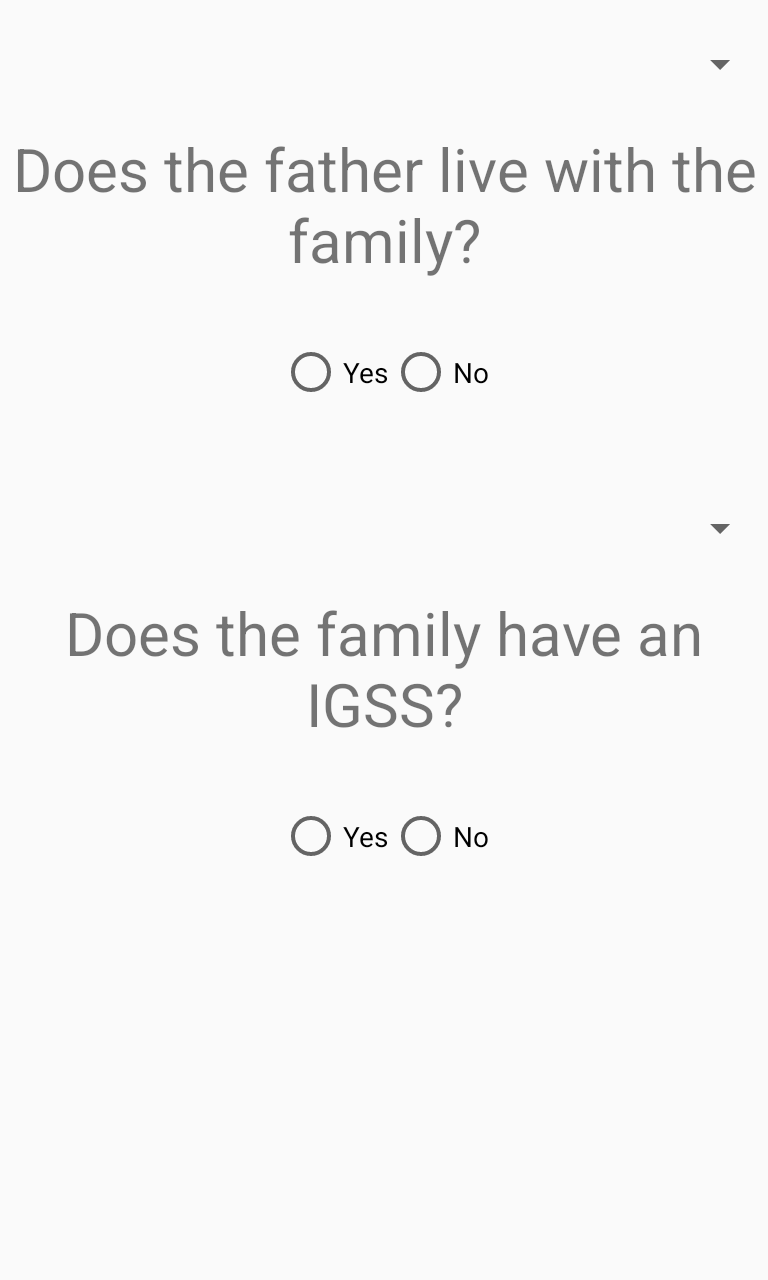
Repository: achavez812/GuatemalaProject2
Layout: GuateMedic-master/GuateMedic/res/layout/fragment_add_new_family_visit1.xml
An editor plug-in stored every save of this project. The layout is shown before and after the next save, followed by the edit.
It is drawn on a 768 x 1280 px phone screen (xhdpi) without system bars, with theme AppTheme; the app's code is not run.

Above is the layout before, as saved 2014-07-05 03:13:37.

### GuateMedic-master/GuateMedic/res/layout/fragment_add_new_family_visit1.xml
<?xml version="1.0" encoding="utf-8"?>
<ScrollView xmlns:android="http://schemas.android.com/apk/res/android"
    android:layout_width="match_parent"
    android:layout_height="wrap_content">
	<LinearLayout
	    android:layout_width="match_parent"
	    android:layout_height="wrap_content"
	    android:gravity="center_horizontal"
	    android:orientation="vertical">
	    <Spinner
	        android:id="@+id/family_visit1_parent1_marital_status"
	        android:layout_width="match_parent"
	        android:layout_height="wrap_content"
	        android:layout_marginTop="20dp"/>

     	<TextView
         	android:id="@+id/family_visit1_father_lives_with_text"
         	android:layout_width="wrap_content"
         	android:layout_height="wrap_content"
         	android:gravity="center"
			android:layout_marginTop="20dp"
         	android:textSize="30sp"
         	android:text="Does the father live with the family?"/>

     	<LinearLayout
	        android:layout_width="match_parent"
	        android:layout_height="wrap_content"
	        android:layout_marginTop="30dp"
	        android:layout_marginBottom="30dp"
	        android:gravity="center_horizontal"
	        android:orientation="horizontal" >

	    	<RadioGroup
	    	    android:id="@+id/family_visit1_father_lives_with"
			    android:layout_width="wrap_content"
			    android:layout_height="wrap_content"
			    android:orientation="horizontal">

			    <RadioButton android:id="@+id/yes_father_lives_with"
			        android:layout_width="wrap_content"
			        android:layout_height="wrap_content"
			        android:text="Yes"/>

			    <RadioButton android:id="@+id/no_father_lives_with"
			        android:layout_width="wrap_content"
			        android:layout_height="wrap_content"
			        android:text="No"/>

			</RadioGroup>

		</LinearLayout>


	  	<Spinner
	        android:id="@+id/family_visit1_fathers_job"
	        android:layout_width="match_parent"
	        android:layout_height="wrap_content"
	        android:layout_marginTop="20dp" />


	     <TextView android:id="@+id/family_visit1_igss_text"
	         android:layout_width="wrap_content"
	         android:layout_height="wrap_content"
	         android:gravity="center"
	         android:layout_marginTop="20dp"
	         android:textSize="30sp"
	         android:text="Does the family have an IGSS?" />

	   	<LinearLayout
	        android:layout_width="match_parent"
	        android:layout_height="wrap_content"
	        android:layout_marginTop="30dp"
	        android:layout_marginBottom="30dp"
	        android:gravity="center_horizontal"
	        android:orientation="horizontal" >

	    	<RadioGroup
	    	    android:id="@+id/family_visit1_igss"
			    android:layout_width="wrap_content"
			    android:layout_height="wrap_content"
			    android:orientation="horizontal">

			    <RadioButton android:id="@+id/yes_igss"
			        android:layout_width="wrap_content"
			        android:layout_height="wrap_content"
			        android:text="Yes"/>

			    <RadioButton android:id="@+id/no_igss"
			        android:layout_width="wrap_content"
			        android:layout_height="wrap_content"
			        android:text="No"/>

			</RadioGroup>

		</LinearLayout>

	</LinearLayout>
</ScrollView>

### GuateMedic-master/GuateMedic/res/values/styles.xml
<resources xmlns:android="http://schemas.android.com/apk/res/android">

    <!--
        Base application theme, dependent on API level. This theme is replaced
        by AppBaseTheme from res/values-vXX/styles.xml on newer devices.
    -->

    <!-- Application theme. -->
    <style name="AppTheme" parent="@style/Theme.AppCompat.Light.DarkActionBar">
        <!-- All customizations that are NOT specific to a particular API-level can go here. -->
    	<item name="android:typeface">sans</item>
        <item name="actionBarStyle">@style/MyActionBar</item>
    	<item name="android:actionBarStyle">@style/MyActionBar</item>
    	<item name="android:actionOverflowButtonStyle">@style/OverFlow</item>
    	<item name="android:popupMenuStyle">@style/MyPopupMenu</item>
    	<item name="popupMenuStyle">@style/MyPopupMenu</item>
        <item name="android:panelBackground">#004d6b</item>
         <item name="android:itemTextAppearance">@style/myCustomMenuTextApearance</item>

    </style>
       <style name="myCustomMenuTextApearance" parent="@android:style/TextAppearance.Widget.IconMenu.Item">
        <item name="android:textColor">#FFFFFF</item>
        <item name="android:textSize">20sp</item>

    </style>
    <style name="MyActionBar" parent="@style/Widget.AppCompat.Light.ActionBar.Solid.Inverse">
        <item name="android:background">#004d6b</item>
        <item name="android:titleTextStyle">@style/TitleText</item>



    </style>

    <style name ="MyPopupMenu" parent="android:Theme.Holo.Light">
        <item name="android:popupBackground">#004d6b</item>
    </style>

    <style name="OverFlow" parent="@android:style/Widget.Holo.ActionButton.Overflow">
    	<item name="android:src">@drawable/ic_action_overflow</item>
	</style>
    <style name="TitleText">
        <item name="android:textColor">#FFFFFF</item>
        <item name="android:typeface">sans</item>
        <item name="android:textSize">30sp</item>

    </style>
	<!--
	<style name="HomePage" parent="AppTheme">
	<item name="android:background"> @drawable/guatemala_home_bg </item>
	</style>
	    -->





</resources>

After the next save:
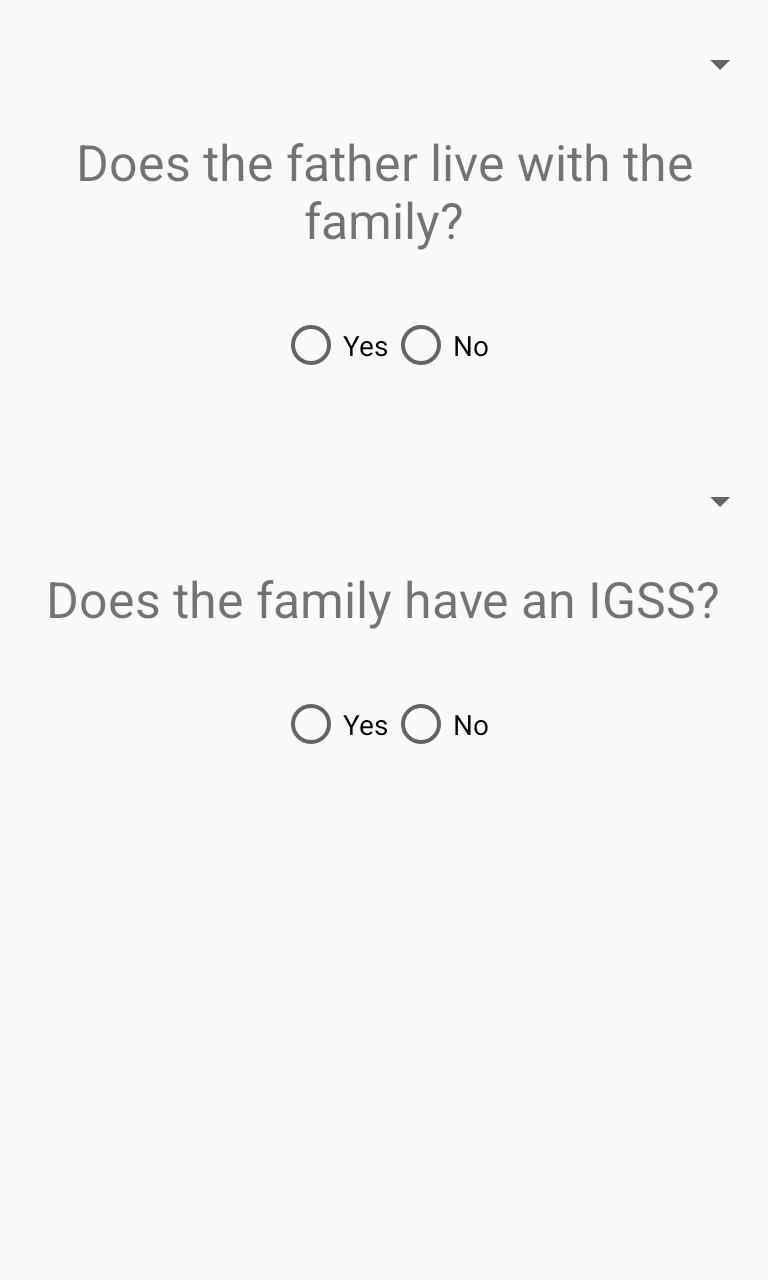
Saved 16 s later.
--- a/GuateMedic-master/GuateMedic/res/layout/fragment_add_new_family_visit1.xml
+++ b/GuateMedic-master/GuateMedic/res/layout/fragment_add_new_family_visit1.xml
@@ -19,7 +19,7 @@
          	android:layout_height="wrap_content"
          	android:gravity="center"
 			android:layout_marginTop="20dp"
-         	android:textSize="30sp"
+         	android:textSize="25sp"
          	android:text="Does the father live with the family?"/>
 
      	<LinearLayout
@@ -63,7 +63,7 @@
 	         android:layout_height="wrap_content"
 	         android:gravity="center"
 	         android:layout_marginTop="20dp"
-	         android:textSize="30sp"
+	         android:textSize="25sp"
 	         android:text="Does the family have an IGSS?" />
 
 	   	<LinearLayout
